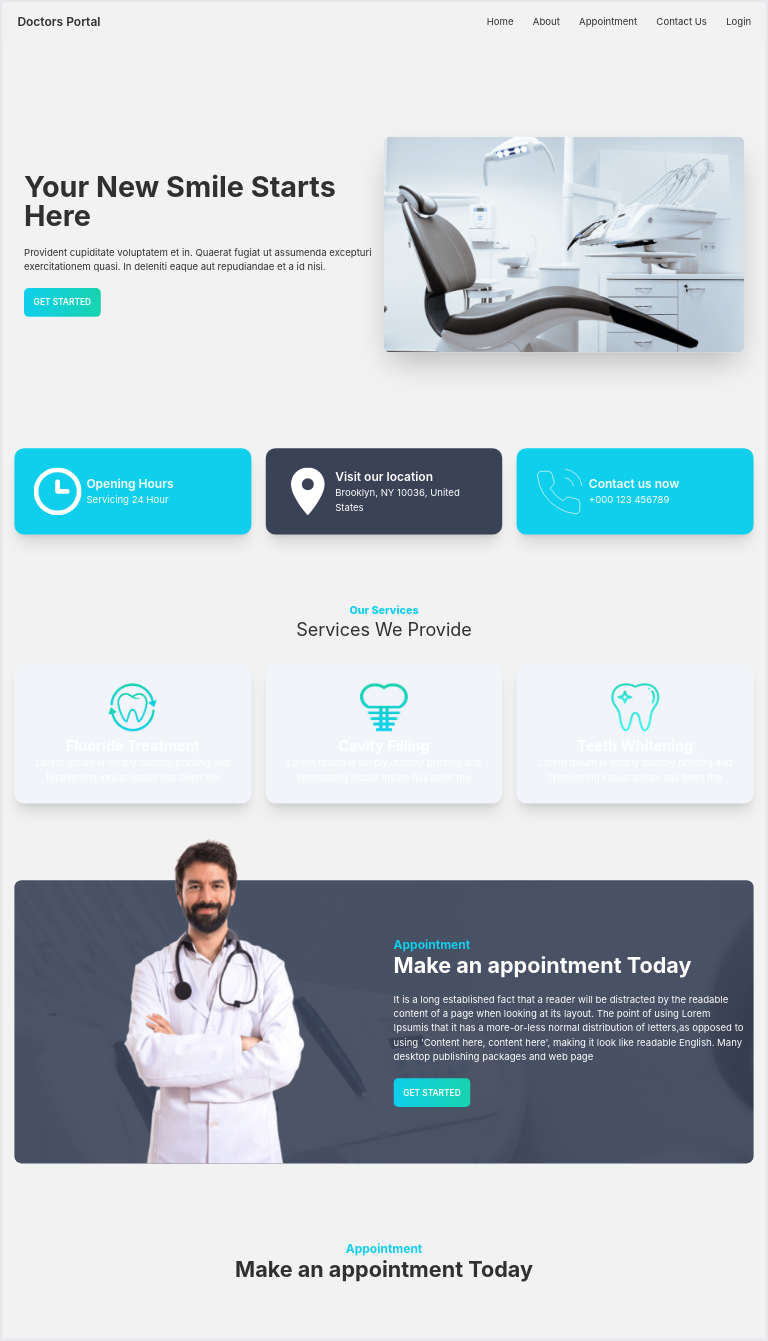
Repository: Samad77/Doctorportal-Client
Page: /
These files come from the project's save history. The page is drawn as it stood at one moment and after the next save; the edit follows.
The browser window is 1280 px wide. The pictures show the whole page, at 60% of full size.
The project was rebuilt for these pictures with package versions that can differ from the ones it lists, and the page was loaded fresh each time. Also part of the build but not shown: src/Pages/Login/Login.js.

Above is the page before, as saved 2022-11-12 18:54:33.

After the next save:
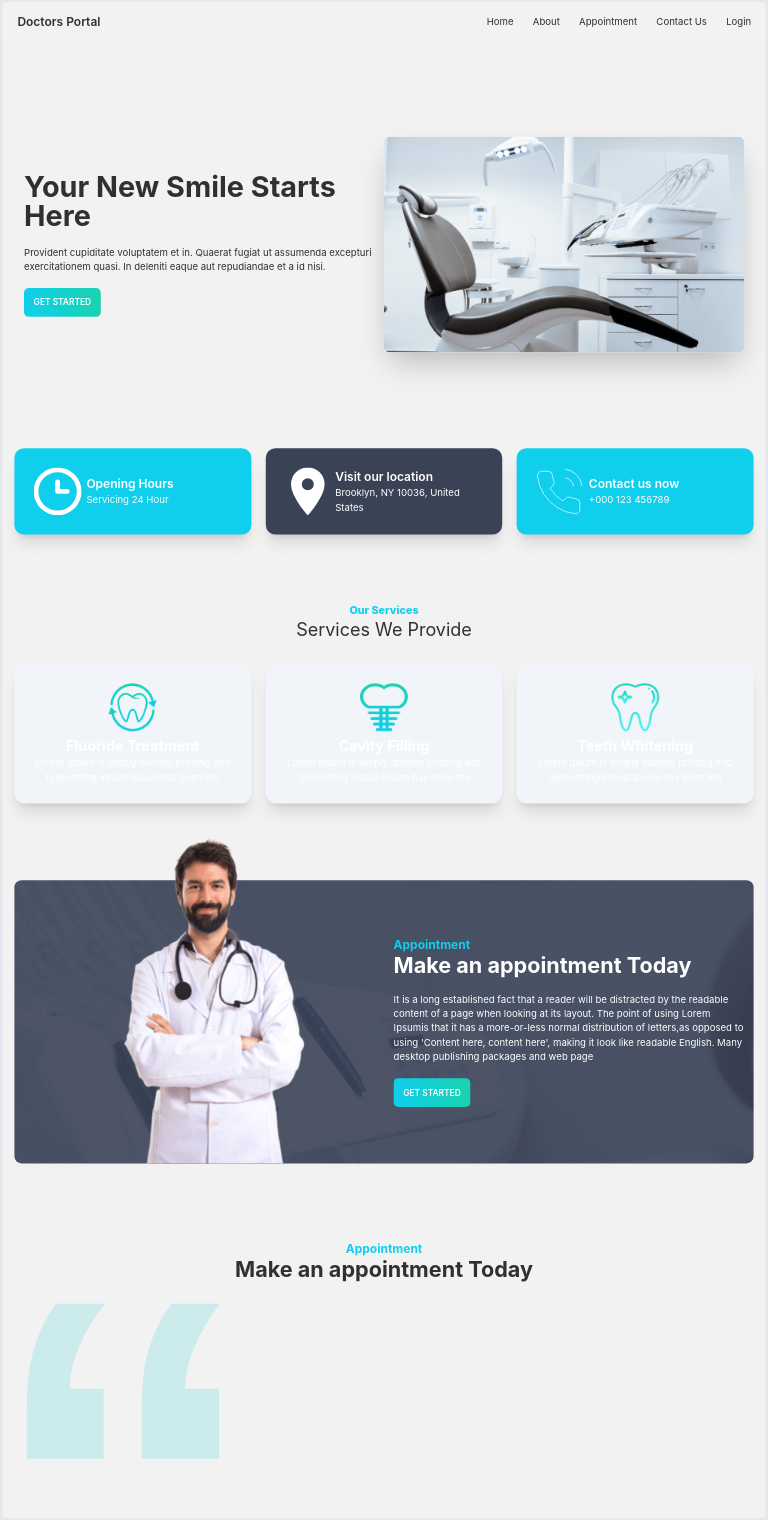
Saved 14 s later.
--- a/src/Pages/Home/TestimonialArea/TestimonialArea.js
+++ b/src/Pages/Home/TestimonialArea/TestimonialArea.js
@@ -8,7 +8,7 @@ const TestimonialArea = () => {
                 <h1 className="text-4xl font-bold">Make an appointment Today</h1>
             </div>
             <div>
-
+                <img src={comma} alt="" />
             </div>
         </div>
     );
